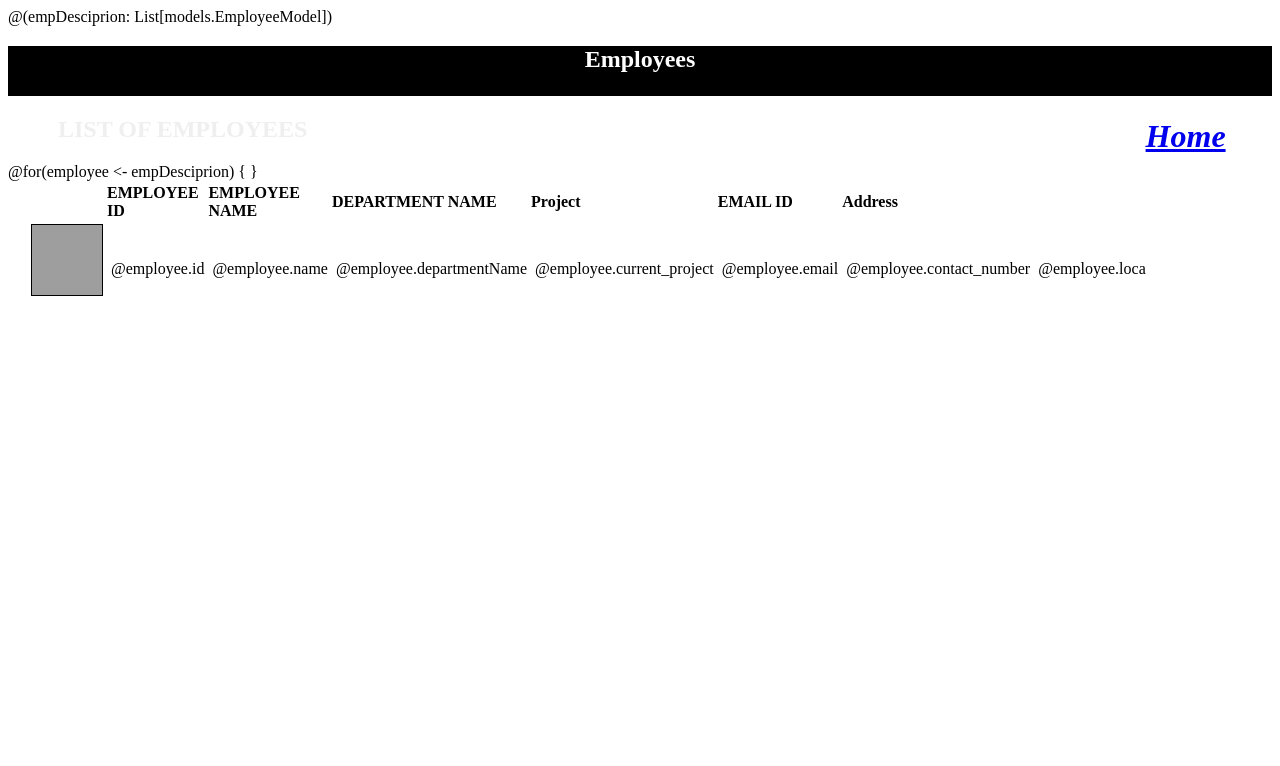
Repository: sumitkum200690/PLAY_SLICK
Page: Play_DB/app/views/employeeByIdDescription.scala.html
An editor plug-in stored every save of this project. The page is shown before and after the next save, followed by the edit.
The browser window is 1280 px wide. The pictures show the whole page.
Pictures or frames that could not be fetched are drawn as grey boxes.

Above is the page before, as saved 2015-09-25 13:53:24.

After the next save:
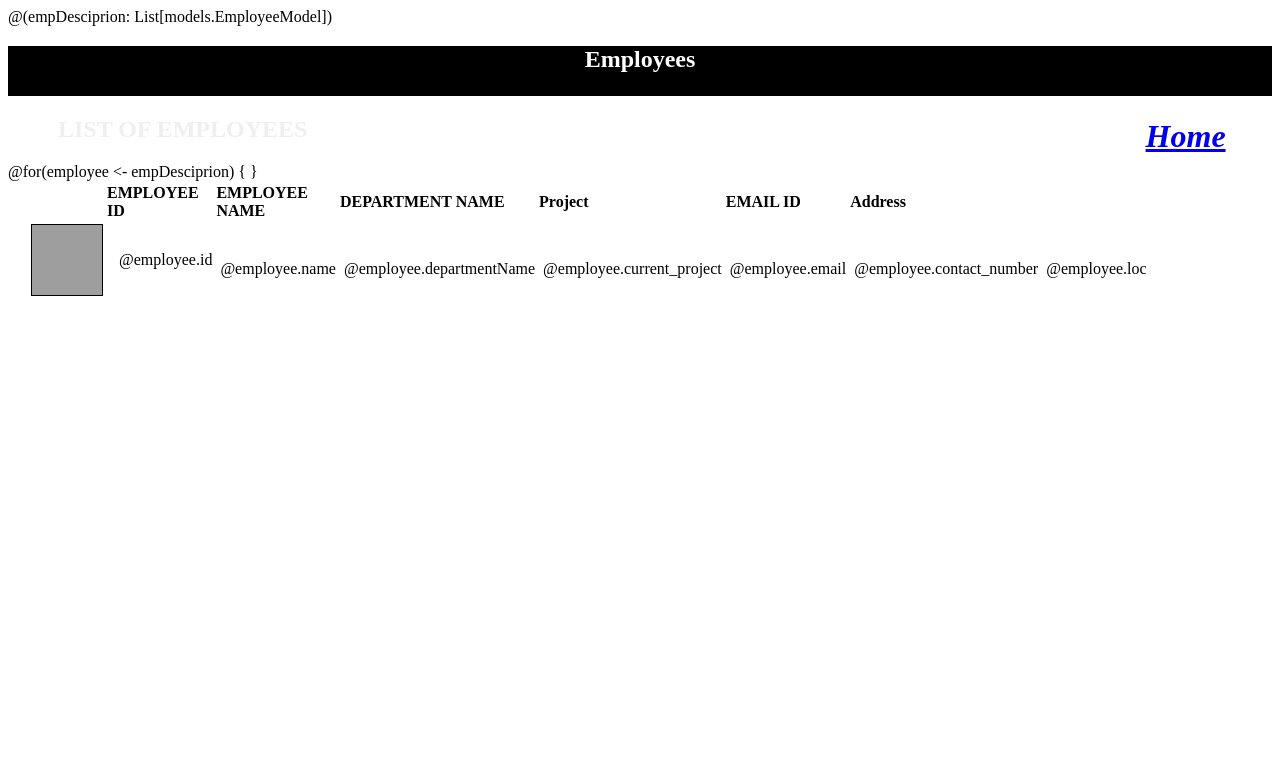
Saved 31 s later.
--- a/Play_DB/app/views/employeeByIdDescription.scala.html
+++ b/Play_DB/app/views/employeeByIdDescription.scala.html
@@ -135,7 +135,7 @@
 
 				<td><img src="/assets/images/@employee.id@(".png")" alt="alt text" height="70" width="70" border="1"/></td>
 
-				<td>&nbsp;&nbsp; &nbsp;@employee.id</td>
+				<td>&nbsp;&nbsp;&nbsp;@employee.id</td>
 				<td>&nbsp; &nbsp;@employee.name</td>
 				<td>&nbsp; &nbsp;@employee.departmentName</td>
 				<td>&nbsp; &nbsp;@employee.current_project</td>
